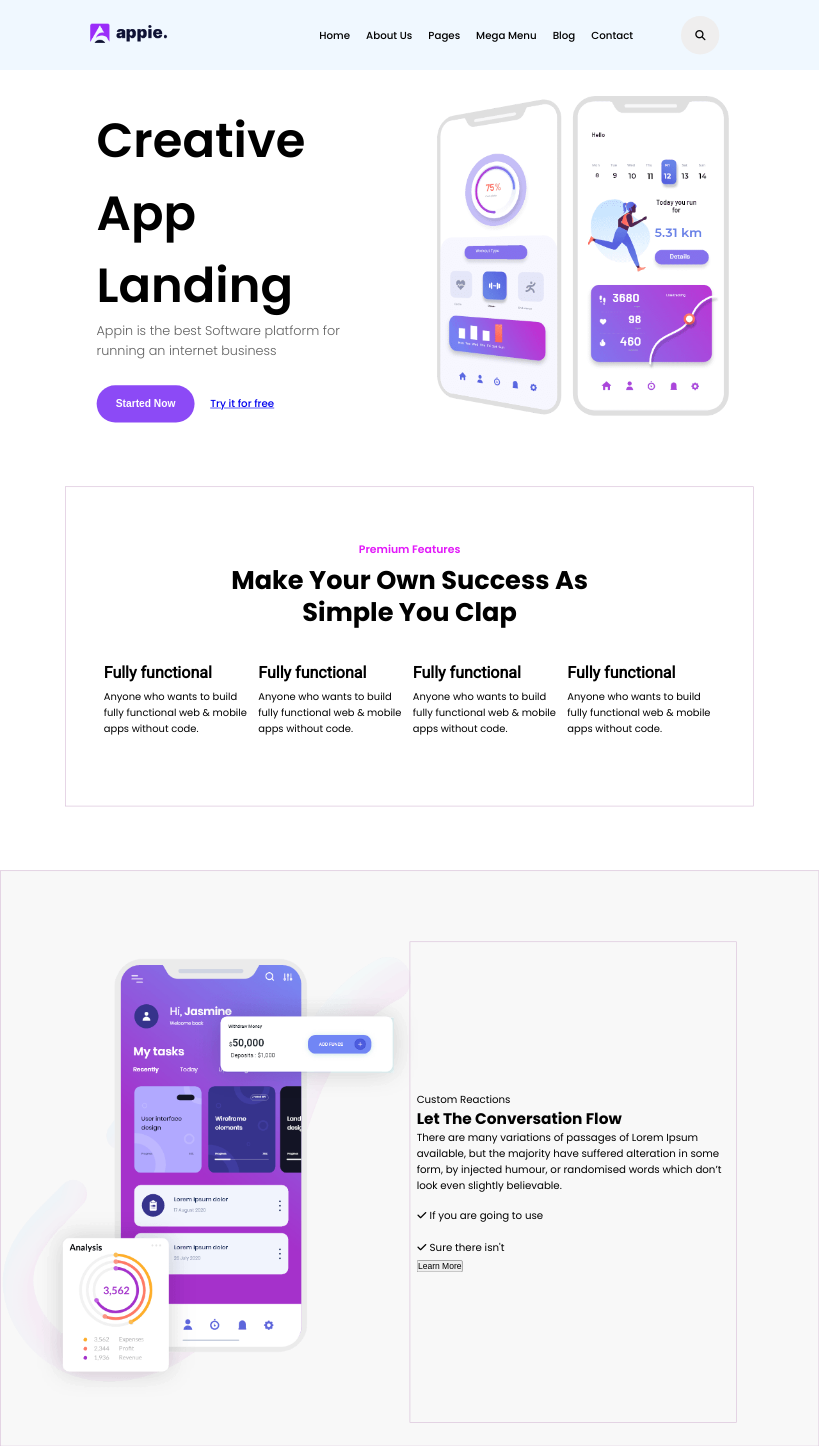
Repository: northpx/landingpage
Page: index.html
The author's editor kept a copy of each file at every save. The page is drawn from the files as they stood at one save, then again after a run of saves.
The browser window is 1280 px wide. The pictures show the whole page, at 64% of full size.

Above is the page before, as saved 2022-12-28 15:45:51.

### index.html
<!DOCTYPE html>
<html lang="en">

<head>
    <meta charset="UTF-8">
    <meta http-equiv="X-UA-Compatible" content="IE=edge">
    <meta name="viewport" content="width=device-width, initial-scale=1.0">
    <link rel="stylesheet" href="/src/css/style.css">
    <link rel="stylesheet" href="https://cdnjs.cloudflare.com/ajax/libs/font-awesome/6.2.1/css/all.min.css"
        integrity="sha512-MV7K8+y+gLIBoVD59lQIYicR65iaqukzvf/nwasF0nqhPay5w/9lJmVM2hMDcnK1OnMGCdVK+iQrJ7lzPJQd1w=="
        crossorigin="anonymous" referrerpolicy="no-referrer" />
    <title>Document</title>

</head>

<body>
    <div class="container">
        <div class="navbar">
            <div class="logo">
                <div class="logo-img">
                    <img src="image/purple-logo.png" alt="">
                </div>
            </div>
            <div class="menu">
                <div class="menu-list">
                    <ul class="menu-item">
                        <li class="item">Home</li>
                        <li class="item">About Us</li>
                        <li class="item">Pages</li>
                        <li class="item">Mega Menu</li>
                        <li class="item">Blog</li>
                        <li class="item">Contact</li>
                    </ul>
                </div>
                <i class="fa-solid fa-bars"></i>
                <div class="search">
                    <div class="box-search">
                        <i class="fa-solid fa-magnifying-glass"></i>
                    </div>
                </div>
            </div>

        </div>
        <div class="header">
            <div class="header1">
                <div class="content">
                    <div class="header1_content">
                        <h1>Creative <br>App Landing</h1>
                        <h6>Appin is the best Software platform for running an internet business</h6>
                    </div>
                    <button class="btn_start">
                        Started Now
                    </button>
                    <a href="#">Try it for free</a>
                </div>
            </div>
            <div class="header2">
                <div class="header2_image">
                    <img src="image/home1-app-screen.png" alt="">
                </div>
            </div>
        </div>
        <div class="section2">
            <div class="section2_box">
                <div class="section2_title">
                    <p>Premium Features</p>
                    <h2>Make Your Own Success As <br>Simple You Clap</h2>
                </div>
                <div class="section2_content">
                    <div class="section2_content_body">
                        <div class="content1">
                            <div class="content_title">
                                <h2>Fully functional</h2>
                                <p>Anyone who wants to build fully functional web & mobile apps without code.</p>
                            </div>
                        </div>
                        <div class="content1">
                            <div class="content_title">
                                <h2>Fully functional</h2>
                                <p>Anyone who wants to build fully functional web & mobile apps without code.</p>
                            </div>
                        </div>
                        <div class="content1">
                            <div class="content_title">
                                <h2>Fully functional</h2>
                                <p>Anyone who wants to build fully functional web & mobile apps without code.</p>
                            </div>
                        </div>
                        <div class="content1">
                            <div class="content_title">
                                <h2>Fully functional</h2>
                                <p>Anyone who wants to build fully functional web & mobile apps without code.</p>
                            </div>
                        </div>
                    </div>
                </div>
            </div>
        </div>
        <div class="section3_container">
            <div class="section3">
                <div class="section3_img">
                    <div class="image">
                        <img src="image/Screen-1-1.png" alt="">
                    </div>
                </div>
                <div class="section3_content">
                    <div class="content3">
                        <p>Custom Reactions</p>
                        <h2>Let The Conversation Flow</h2>
                        <p>
                            There are many variations of passages of Lorem Ipsum available, but the majority have
                            suffered alteration in some form, by injected humour, or randomised words which don’t look
                            even slightly believable.
                        </p>
                        <ul>
                            <li>
                                <i class="fas fa-check"></i>
                                <span>If you are going to use</span>
                            </li>
                            <li>
                                <i class="fas fa-check"></i>
                                <span>Sure there isn't</span>
                            </li>
                        </ul>
                        <div class="btn-section3">
                            <button>Learn More</button>
                        </div>
                    </div>
                </div>
            </div>
        </div>
    </div>

</html>

### src/css/style.css
@import url('https://fonts.googleapis.com/css2?family=Poppins:ital,wght@0,200;0,300;0,400;0,500;0,600;0,700;0,800;0,900;1,200;1,300;1,400;1,500;1,600;1,700;1,800;1,900&family=Roboto&display=swap');
@import url(https://fonts.googleapis.com/css?family=Open+Sans:300,400,700);
*{
    padding: 0;
    margin: 0;
    box-sizing: border-box;
}
body{
    font-family: 'Poppins';
}
.container{
    width: 100%;
    height: 1000px;
    /* overflow: auto; */
}

.navbar{
    display: flex;
    width: 100%;
    height: 110px;
    align-items: center;
    margin: 0 auto;
    padding: 0 11%;
    position: sticky;
    top: 0;
    z-index: 5;
    background-color: aliceblue;
}


.menu{
    display: flex;
    margin-left: auto;
    align-items: center;
}

.menu .menu-item{
    display: flex;
    list-style-type: none;
}

.item{
    margin-right: 25px;
    font-weight: 500;
}

.search{
    margin-left: 50px;
    margin-right: 5px;
    align-items: center;
}
.box-search{
    width: 60px;
    height: 60px;
    background: #efeeee;
    color: rgb(4, 4, 4);
    display: inline-flex;
    align-items: center;
    justify-content: center;
    border-radius: 50%;
    margin-right: 10px;
}

.fa-solid.fa-bars{
    display: none;
}

.header{
    width: 78%;
    height: 550px;
    margin: 0 auto;
}

.header1{
    float: left;
    width: 50%;
    height: 550px;
    position: relative;
}
.header2{
    float: left;
    width: 50%;
    height: 550px;
    position: relative;
}
.header::after{
    content: "";
    display: table;
    clear: both;
}

.content{
    position: absolute;
    width: 90%;
    bottom: 0;
    left: 0;
    padding-left: 10px;
}
.header2_image{
    position: absolute;
    right: 0;
    bottom: 0;
}

.btn_start{
    border-radius: 30px;
    padding: 20px 30px;
    font-size: 16px;
    font-weight: 600;
    color: white;
    margin-right: 20px;
    border: none;
    outline: none;
    background-color: rgb(140, 74, 246);
}

a{
    font-size: 16px;
    font-weight: 500;
}

.header1_content{
    margin-bottom: 40px;
}
h1{
    font-size: 75px;
    font-weight: 600;
}

h6{
    font-weight: 300;
    font-size: 20px;
    color: rgb(97, 97, 97);
}

.section2{
    width: 84%;
    height: 500px;
    display: flex;
    flex-direction: column;
    border: 1px solid thistle;
    margin: 100px auto;
    /* margin-top: 100px; */
    align-items: center;
    justify-content: center;
}
.section2_title{
    text-align: center;
}
.section2_title h2{
    font-size: 40px;
    line-height: 50px;
}
.section2_title p{
    font-size: 17px;
    font-weight: 600;
    color: rgb(226, 24, 249);
    margin-bottom: 10px;
}
.section2_box{
    display: flex;
    flex-direction: column;
    margin-bottom: 20px;
    align-items: center;
    justify-content: center;
}

.section2_content{
    width: 100%;
    margin-top: 50px;
}
.section2_content_body{
    width: 90%;
    display: flex;
    margin: 0 auto;
}
.content1{
    width: 25%;
    padding: 5px;
}

.content_title h2{
    font-family: 'Roboto';
    font-weight: bold;
    font-size: 25px;
    margin-bottom: 10px;
}
.content_title p {
    line-height: 25px;
    font-size: 15.5px;
}

.section3_container{
    width: 100%;
    height: 900px;
    border: 1px solid thistle;
    background-color: rgb(248, 248, 248);
    padding: 110px 0px 70px;
}

.section3{
    width: 80%;
    display: flex;
    margin: 0 auto;
}

.section3_img{
    width: 50%;
    align-items: center;
    display: flex;
    flex-wrap: wrap;
    justify-content: center;
    line-height: 30px;
    padding: 10px;
}
.image{
    margin-left: -100px;
}
.section3_img img{
    display: inline-block;
    text-align: left;
}

.section3_content{
    display: flex;
    flex-wrap: wrap;
    align-items: center;
    justify-content: center;
    width: 50%;
    border: 1px solid thistle;
    padding: 10px;
}
.content3{
    width: 100%;
}

.content3 ul{
    list-style-type: none;
    line-height: 30px;
}
.content3 li:nth-child(1){
    margin: 20px 0;
}

After the next 3 saves:
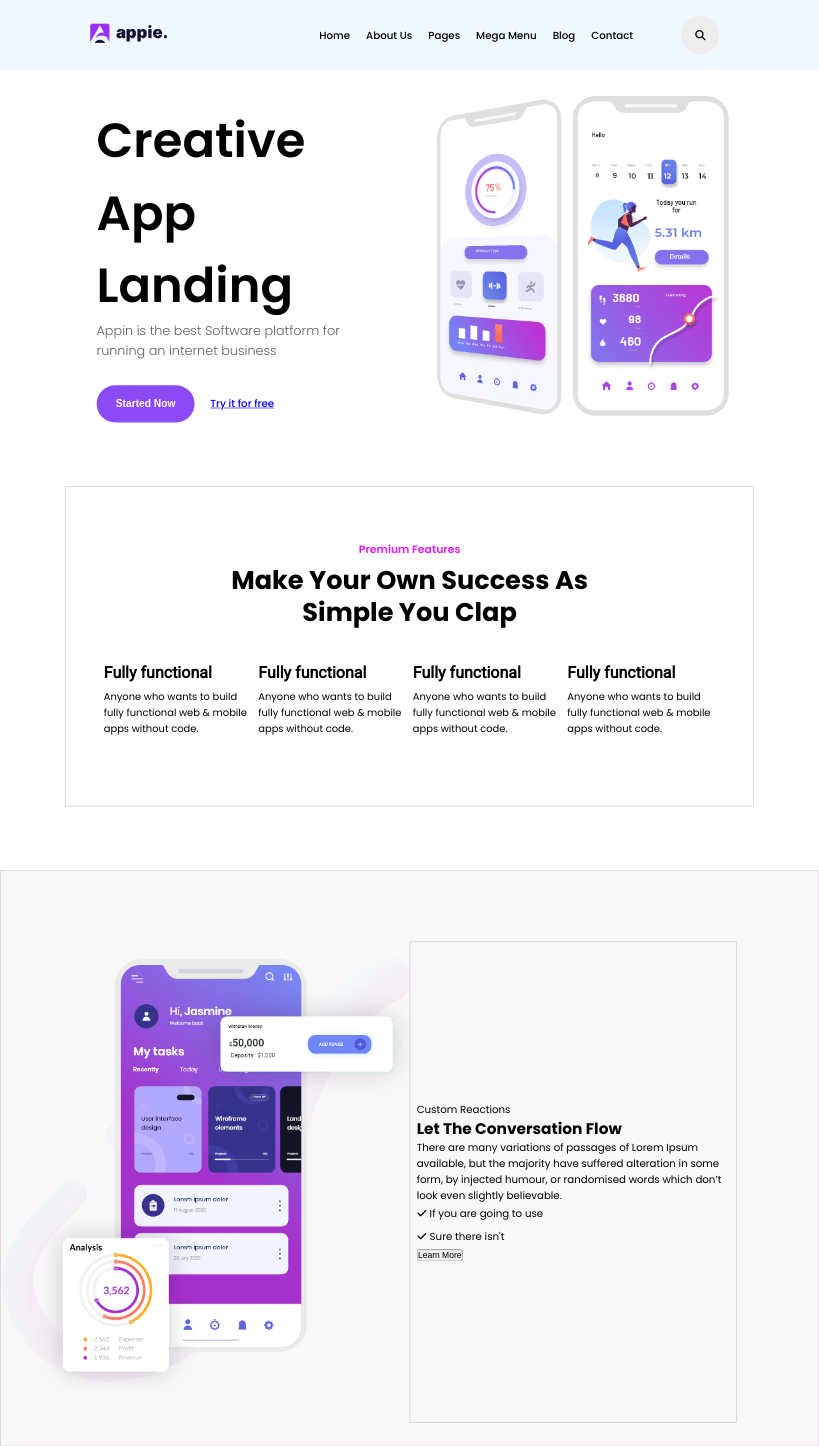
The 3 saves are shown as one change because they came seconds apart.
The last was saved 10 s later.
--- a/src/css/style.css
+++ b/src/css/style.css
@@ -239,5 +239,6 @@ h6{
     line-height: 30px;
 }
 .content3 li:nth-child(1){
-    margin: 20px 0;
-}
+    padding-bottom: 7px;
+}
+.cont
